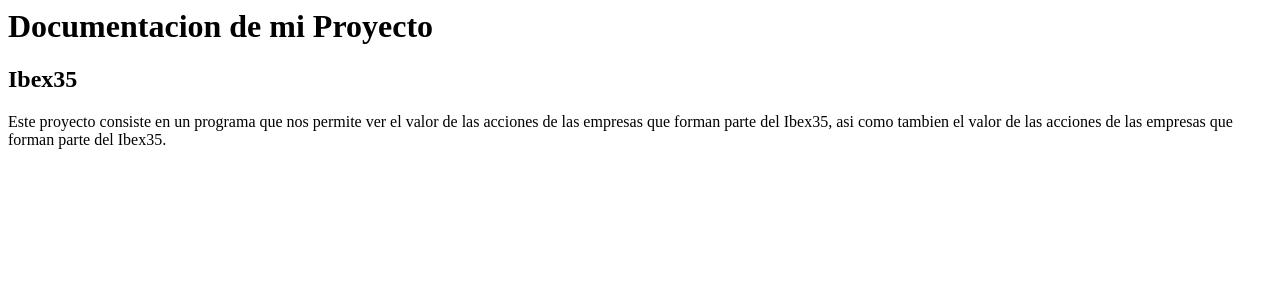
Repository: anderlss04/Reto_2_Evaluacion
Page: README.html
These files come from the project's save history. The page is drawn as it stood at one moment and after a run of saves; the edit follows.
The browser window is 1280 px wide. The pictures show the whole page.

Above is the page before, as saved 2023-02-08 11:36:34.

### README.html
<h1>Documentacion de mi Proyecto</h1>
<h2>Ibex35</h2>
<p>Este proyecto consiste en un programa que nos permite ver el valor de las acciones de las empresas que forman parte del Ibex35, asi como tambien el valor de las acciones de las empresas que forman parte del Ibex35.</p>

After the next 5 saves:
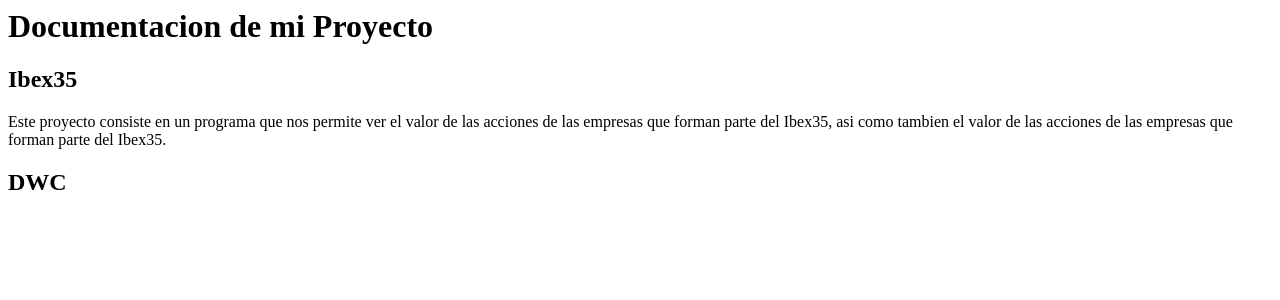
The 5 saves are shown as one change because they came seconds apart.
The last was saved 10 s later.
--- a/README.html
+++ b/README.html
@@ -1,3 +1,5 @@
 <h1>Documentacion de mi Proyecto</h1>
 <h2>Ibex35</h2>
 <p>Este proyecto consiste en un programa que nos permite ver el valor de las acciones de las empresas que forman parte del Ibex35, asi como tambien el valor de las acciones de las empresas que forman parte del Ibex35.</p>
+
+<h2>DWC</h2>
